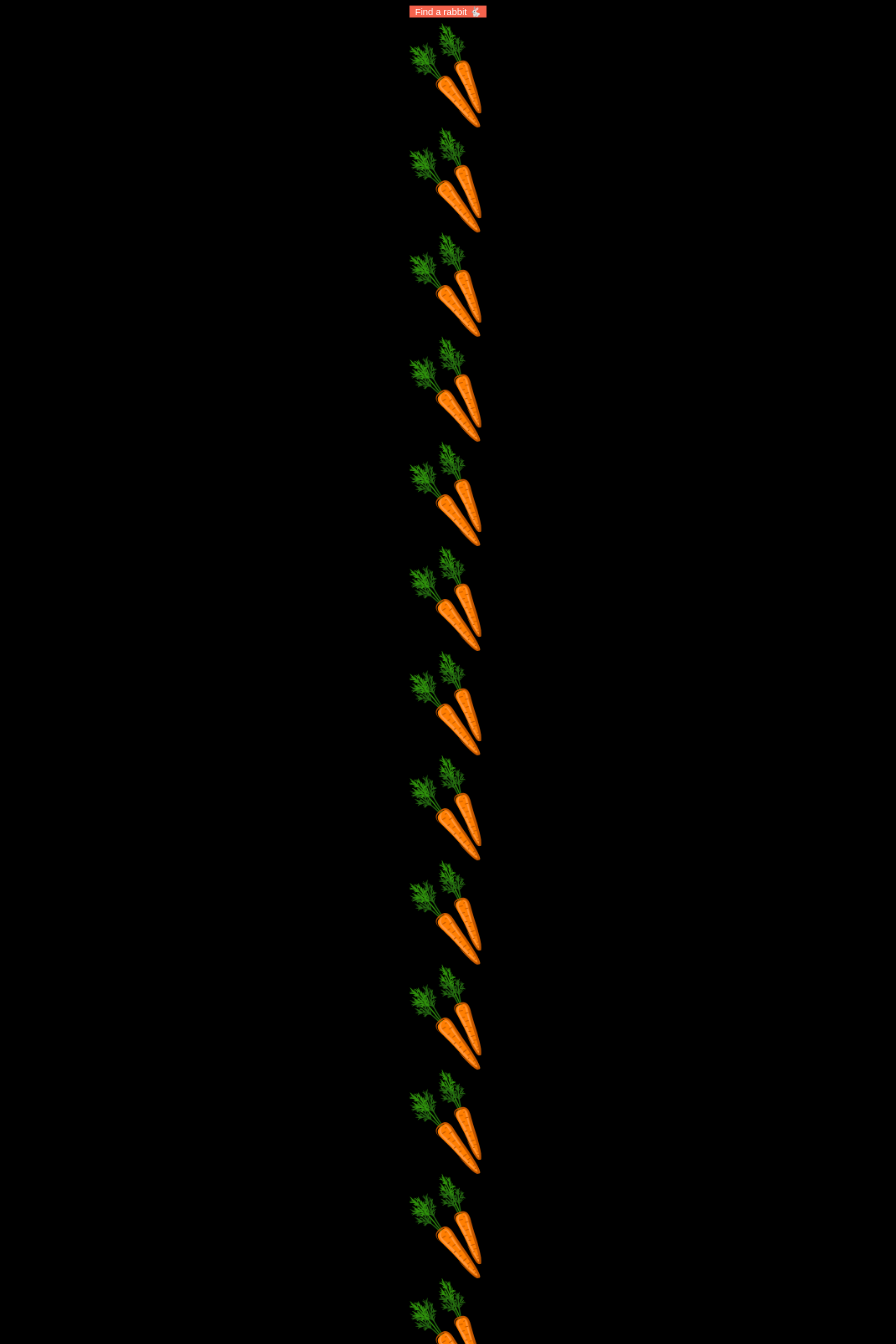
Repository: dhchun1203/browser-practice-works-
Page: rabbits/index.html
The author's editor kept a copy of each file at every save. The page is drawn from the files as they stood at one save, then again after the next save.
The browser window is 1280 px wide. The pictures show the part of the page from y = 0 to 1920 px (the page is 5252 px tall before and 5253 px after), at 70% of full size.

Above is the page before, as saved 2021-01-04 12:44:56.

### rabbits/index.html
<!DOCTYPE html>
<html lang="en">
	<head>
		<meta charset="UTF-8" />
		<meta name="viewport" content="width=device-width, initial-scale=1.0" />
		<title>Scroll</title>
		<style>
			body {
				background-color: black;
				display: flex;
				flex-direction: column;
				align-items: center;
			}
			button {
				width: 110px;
				margin-bottom: 8px;
				background-color: #f5634d;
				border-style: none;
				color: white;
			}
			img {
				width: 110px;
				display: block;
			}
		</style>
	</head>
	<body>
		<button class="findBtn">Find a rabbit 🐇</button>
		<img src="img/carrot.png" alt="carrot" />
		<img src="img/carrot.png" alt="carrot" />
		<img src="img/carrot.png" alt="carrot" />
		<img src="img/carrot.png" alt="carrot" />
		<img src="img/carrot.png" alt="carrot" />
		<img src="img/carrot.png" alt="carrot" />
		<img src="img/carrot.png" alt="carrot" />
		<img src="img/carrot.png" alt="carrot" />
		<img src="img/carrot.png" alt="carrot" />
		<img src="img/carrot.png" alt="carrot" />
		<img src="img/carrot.png" alt="carrot" />
		<img src="img/carrot.png" alt="carrot" />
		<img src="img/carrot.png" alt="carrot" />
		<img src="img/carrot.png" alt="carrot" />
		<img src="img/carrot.png" alt="carrot" />
		<img src="img/carrot.png" alt="carrot" />
		<img src="img/carrot.png" alt="carrot" />
		<img src="img/carrot.png" alt="carrot" />
		<img src="img/carrot.png" alt="carrot" />
		<img src="img/carrot.png" alt="carrot" />
		<img src="img/carrot.png" alt="carrot" />
		<img src="img/carrot.png" alt="carrot" />
		<img id="rabbit" src="img/rabbit.png" alt="rabbit" />
		<img src="img/carrot.png" alt="carrot" />
		<img src="img/carrot.png" alt="carrot" />
		<img src="img/carrot.png" alt="carrot" />
		<img src="img/carrot.png" alt="carrot" />
		<img src="img/carrot.png" alt="carrot" />
		<img src="img/carrot.png" alt="carrot" />
		<img src="img/carrot.png" alt="carrot" />
		<img src="img/carrot.png" alt="carrot" />
		<img src="img/carrot.png" alt="carrot" />
		<img src="img/carrot.png" alt="carrot" />
		<img src="img/carrot.png" alt="carrot" />
		<img src="img/carrot.png" alt="carrot" />
		<script>
			const findBtn = document.querySelector(".findBtn");
			const rabbit = document.querySelector("#rabbit");
			findBtn.addEventListener("click", () => {
				rabbit.scrollIntoView({ behavior: "smooth" });
			});
		</script>
	</body>
</html>

After the next save:
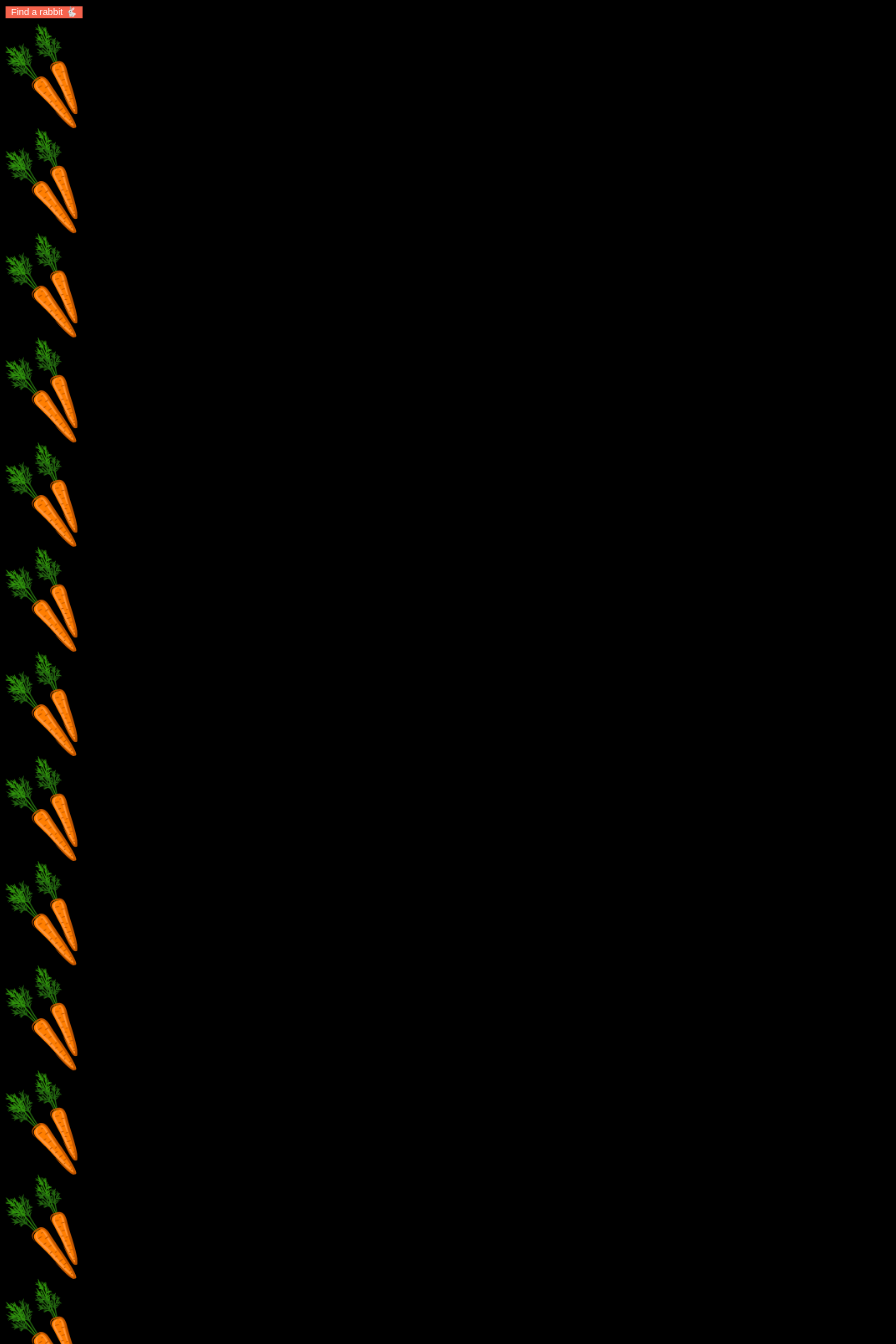
Saved 4 s later.
--- a/rabbits/index.html
+++ b/rabbits/index.html
@@ -7,7 +7,6 @@
 		<style>
 			body {
 				background-color: black;
-				display: flex;
 				flex-direction: column;
 				align-items: center;
 			}
